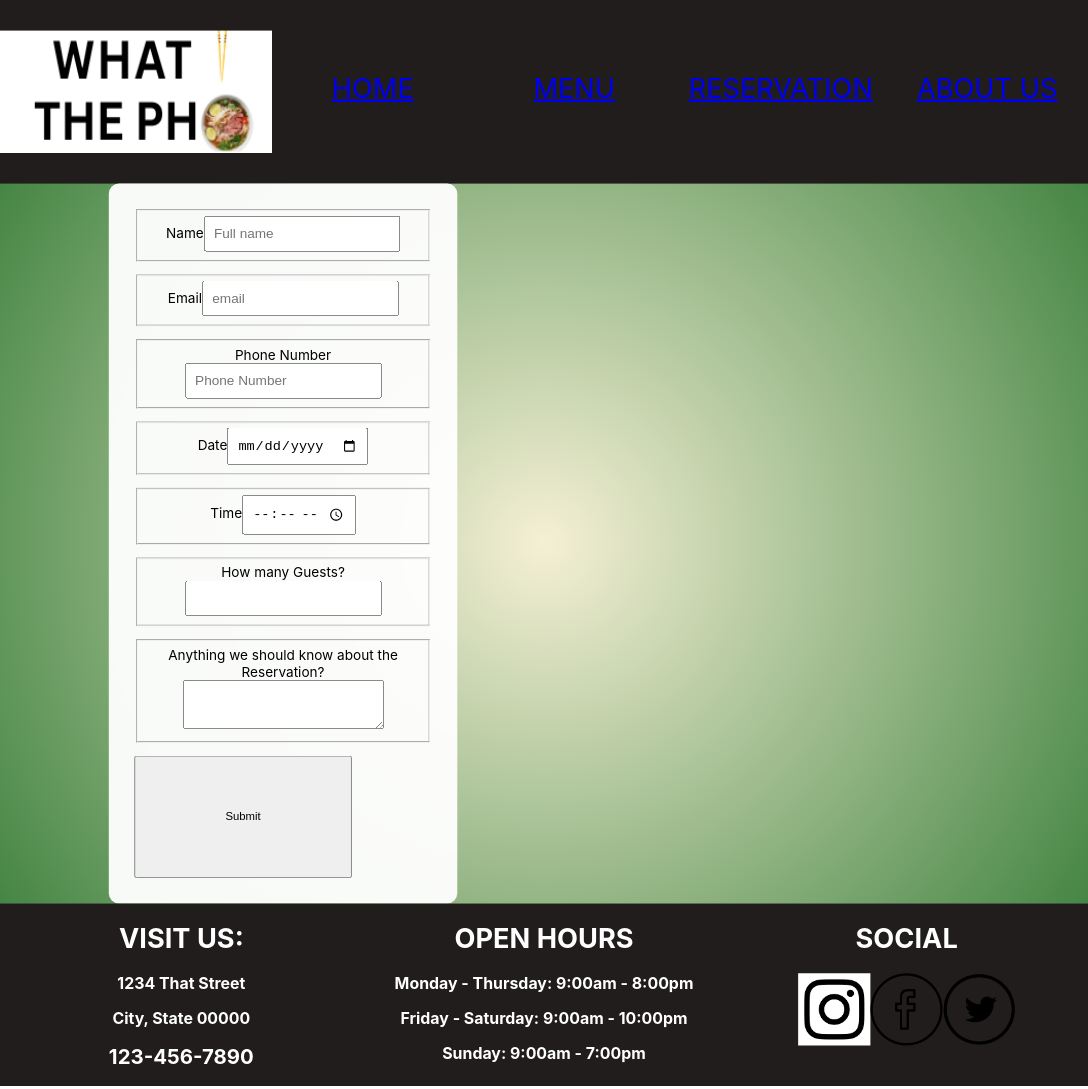
Repository: NguyenkhDang/Restaurant-Website
Page: /reservation
The author's editor kept a copy of each file at every save. The page is drawn from the files as they stood at one save, then again after the next save.
The browser window is 1280 px wide. The pictures show the whole page, at 85% of full size.
The project was rebuilt for these pictures with package versions that can differ from the ones it lists, and the page was loaded fresh each time. Also part of the build but not shown: src/CSS/Readmore.css, src/Readmore.js, src/CSS/SectionContainer.css, src/SectionContainer.js, src/CSS/Home.css, src/Pages/HomePage.js, src/Pages/MenuPage.js, src/Pages/AboutUsPage.js and 1 more.

Above is the page before, as saved 2026-01-18 14:58:16.

### src/index.js
import React from 'react';
import ReactDOM from 'react-dom/client';
import './index.css';
import App from './App';
import reportWebVitals from './reportWebVitals';
import { BrowserRouter } from "react-router-dom";


const root = ReactDOM.createRoot(document.getElementById("root"));
root.render(
  <BrowserRouter>
    <App />
  </BrowserRouter>
);

// If you want to start measuring performance in your app, pass a function
// to log results (for example: reportWebVitals(console.log))
// or send to an analytics endpoint. Learn more: https://bit.ly/CRA-vitals
reportWebVitals();

### src/App.js

import './App.css';

import NavigationBar from './NavigationBar';
import Footer from "./Footer"
import {Routes, Route} from "react-router-dom"



import HomePage from "./Pages/HomePage"
import MenuPage from "./Pages/MenuPage"
import ReservationPage from "./Pages/ReservationPage"
import AboutUsPage from "./Pages/AboutUsPage"
import ContactUsPage from "./Pages/ContactUsPage"

function App() {


  return (
    <div className="home">
      <NavigationBar />

      <Routes>
        <Route path="/" element={<HomePage />} />
        <Route path="/menu" element={<MenuPage />} />
        <Route path="/reservation" element={<ReservationPage />} />
        <Route path="/aboutUs" element={<AboutUsPage />} />
        <Route path="contactUs" element={<ContactUsPage />} />
      </Routes>

      <Footer />
  </div>
);
}

export default App;

### src/App.css
html{
  -ms-overflow-style: none;
  scrollbar-width: none;
}

.home {
  display: grid;
  margin: 0;
  padding: 0;

  background: radial-gradient(
    circle,
    rgba(245, 240, 213, 1) 0%,
    rgba(38, 115, 42, 1) 100%
  );
  place-items: center;
  text-align: center;
  color: white;
}


html::-webkit-scrollbar {
  display: none;
}

### src/NavigationBar.js
import "./CSS/NavigationBar.css"
import Logo from "./image/CustomLogo2.png"
import { Link } from "react-router-dom"
const NavigationBar = () =>{



  return (
    <div className="navbar">
      <div className="logoImage">
        <img src= {Logo} />
      </div>
      <div className="wholeNavBar">
        <ul>
          <li>
            <Link to="/">HOME</Link>
          </li>
          <li>
            <Link to="/menu">MENU</Link>
          </li>
          <li>
            <Link to="/reservation">RESERVATION</Link>
          </li>
          <li>
            <Link to="/aboutUs">ABOUT US</Link>
          </li>
        </ul>

      </div>
    </div>
  )


}

export default NavigationBar

### src/Footer.js
import "./CSS/Footer.css"
import InstagramIcon from "./image/instagramIcon.png"
import FacebookIcon from "./image/facebookIcon.png"
import TwitterIcon from "./image/twitterIcon.png"
const Footer = () =>{

  return(
    <div className="footer">
      <div>
        <h1>VISIT US:</h1>
        <h3>1234 That Street</h3>
        <h3>City, State 00000</h3>

        <h2>123-456-7890</h2>
      </div>
      <div>
        <h1>OPEN HOURS</h1>
        <h3>Monday - Thursday: 9:00am - 8:00pm</h3>
        <h3>Friday - Saturday: 9:00am - 10:00pm</h3>
        <h3>Sunday: 9:00am - 7:00pm</h3>
      </div>
      <div>
        <h1>SOCIAL</h1>
        <a href="https://www.instagram.com/" target="_blank"><img src={InstagramIcon}/></a>
        <a href="https://www.facebook.com/" target="_blank"><img src={FacebookIcon}/></a>
        <a href="https://x.com/" target="_blank"><img src={TwitterIcon}/></a>
      </div>

    </div>
  )

}

export default Footer

### src/Pages/ReservationPage.js
import ReservationForm from "../ReservationForm"


const ReservationPage = () =>{
  return(
    <>
      <ReservationForm />
    </>
  )
}

export default ReservationPage

### src/CSS/NavigationBar.css
.navbar{
  background-color: rgb(34, 29, 29);
  display: grid;
  grid-template-columns: 25% 75%;
  width: 100vw;
  height: 25vh;
  padding-top: 5vh;
}
.wholeMavBar{
  float: right;
  height: 10vh;
}

.logoImage img{
  height: 20vh;
  width: 25vw;
  object-fit: fill;
  object-position: center;
}

ul{
  align-items: center;
  list-style-type: none;
  display: grid;
  place-items: center;
  grid-template-columns: 1fr 1fr 1fr 1fr;
  margin-top: 5%;
  padding: 0;
}
li a{
  font-size: 2em;
  text-align: center;
  padding: 14px 16px;
}

li a:hover{
  background-color: #c5b1b1;
}

### src/CSS/Footer.css
.footer{
  background-color: rgb(34, 29, 29);
  display: grid;
  grid-template-columns: repeat(3, 1fr);
  width: 100vw;
}

.footer img{
  width: 20%;
}

### src/ReservationForm.js
import { useRef, useState } from "react"
import "./CSS/ReservationForm.css"
const ReservationForm = () =>{

  const [phoneNumberLength, setPhoneNumberLength] = useState("")

  const formRef= useRef(null)


  const PhoneNumber = (e) =>{

    let value = e.target.value;
    value = value.replace(/\D/g, "");
    if (value.length > 3 && value.length <=6){
      value = `(${value.slice(0, 3)}) ${value.slice(3)}`;
    } else if (value.length > 6) {
    value = `(${value.slice(0, 3)}) ${value.slice(3, 6)}-${value.slice(6, 10)}`;
    }
    setPhoneNumberLength(value)
  }


  const handleSubmit = (e)=>{

    e.preventDefault();
    const url = "https://script.google.com/macros/s/AKfycbx0FabLb-KOBm8n_JP2SJcp21AE1aox7vxr3D2p_FfrtZs8dIHl3N9UMOriMfEaySY/exec"

    fetch(url,{
      method:"POST",
      body: new FormData(formRef.current)
    } ).then(() => {
      alert("Reservation Submitted ");
    }).catch((error) => console.log(error))
  };

  return (
    <div className = "reservationForm">
      <form className="form" ref = {formRef} onSubmit={handleSubmit}>
        <fieldset>
          <label for="name">Name</label>
          <input
            type="text"
            name="Name"
            id="name"
            placeholder="Full name"
            required
          />
        </fieldset>
        <fieldset>
          <label for="email">Email</label>
          <input
            type="email"
            name="Email"
            id="email"
            placeholder="email"
            required
          />
        </fieldset>
        <fieldset>
          <label for="phone">Phone Number</label>
          <input
            type="text"
            name="Phone"
            id="phone"
            value={phoneNumberLength}
            onChange={PhoneNumber}
            placeholder="Phone Number"
          />
        </fieldset>
        <fieldset>
          <label for="date">Date</label>
          <input
            type="date"
            name="Date"
            id="date"
            required
          />
        </fieldset>

        <fieldset>
          <label for="time">Time</label>
          <input
            type="time"
            name="Time"
            id="date"
            required
          />
        </fieldset>

        <fieldset>
          <label for="guests">How many Guests?</label>
          <input
            type="number"
            name="Guests"
            id="guests"
            required
          />
        </fieldset>
        <fieldset>
          <label for="comment">Anything we should know about the Reservation?</label>
          <textarea
            name="Comment"
            style={{
              width: "auto"
            }}
          />
        </fieldset>
      <button>Submit</button>
    </form>
    </div>
  )
}

export default ReservationForm

### src/CSS/ReservationForm.css
.reservationForm{
  width: 80vw;
}


form{
  display: grid;
  grid-template-rows: repeat(8, 1fr);
  color: black;
}

button{
  width: 20vw;
  height: 20vh;
}
.form {
  background-color: rgba(255, 255, 255, 0.95);
  padding: 30px;
  border-radius: 12px;
  width: 350px;
  display: flex;
  flex-direction: column;
  gap: 15px;
}

.form input,
.form select,
.form textarea {
  padding: 10px;
  font-size: 1rem;
}

Loaded but not shown: public/index.html (common file); src/index.css (common file); src/reportWebVitals.js (common file)

After the next save:
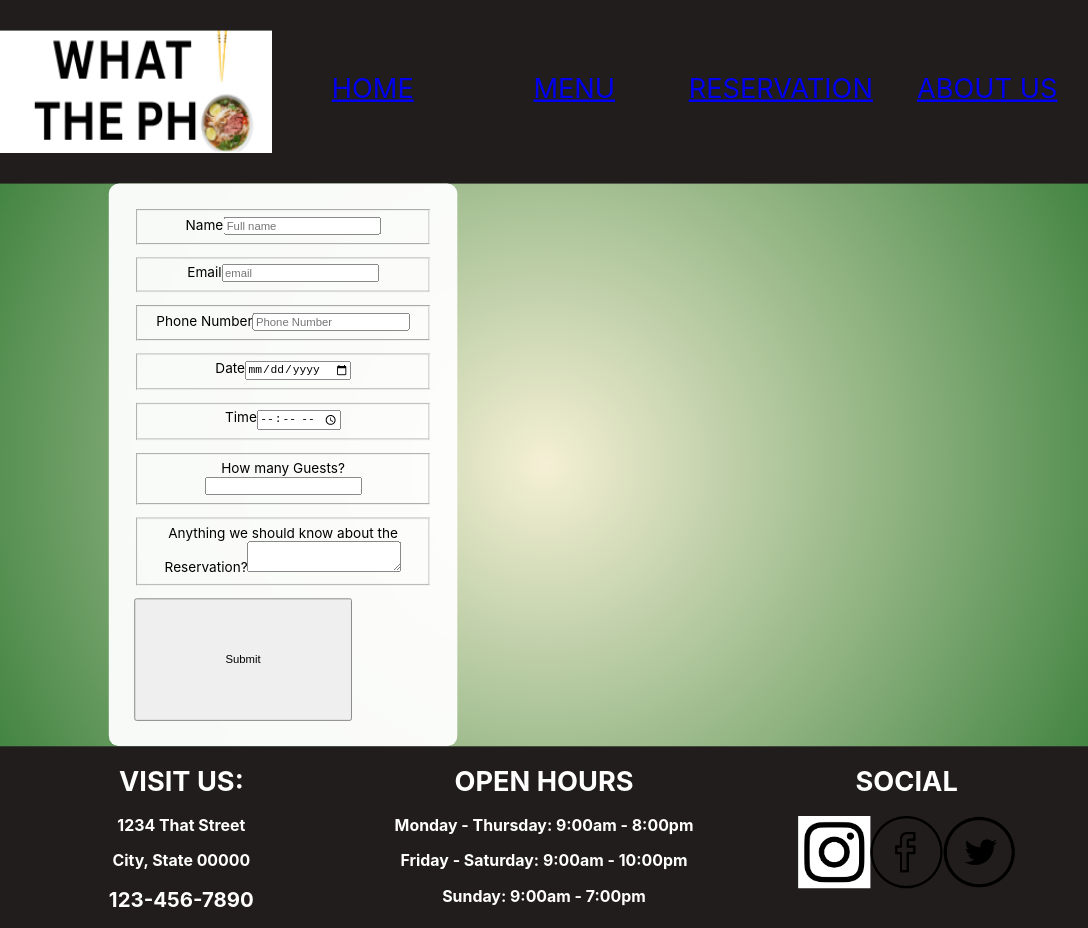
Saved 7 s later.
--- a/src/CSS/ReservationForm.css
+++ b/src/CSS/ReservationForm.css
@@ -22,10 +22,3 @@ button{
   flex-direction: column;
   gap: 15px;
 }
-
-.form input,
-.form select,
-.form textarea {
-  padding: 10px;
-  font-size: 1rem;
-}
